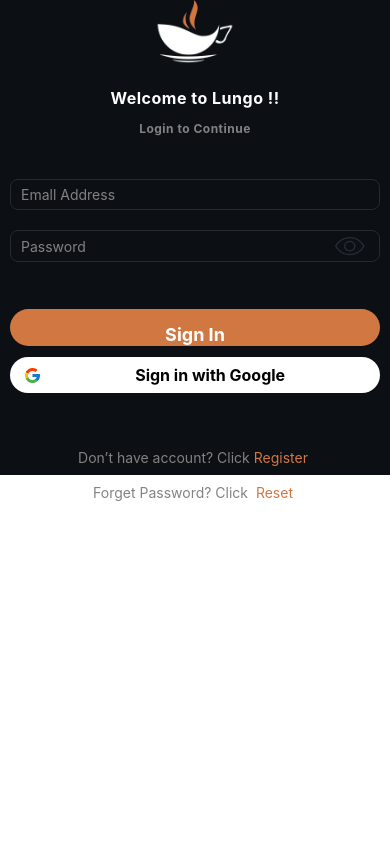
Repository: nguoilaisaochoi/App-coffe
Screen: /
An editor plug-in stored every save of this project. The screen is shown before and after the next save, followed by the edit.
The app was drawn by React Native's web renderer in a window 390 px wide. The project was rebuilt for these pictures with package versions that can differ from the ones it lists, and the page was loaded fresh each time.

Above is the screen before, as saved 2024-01-12 20:59:19.

### App.tsx
import { View, Text } from 'react-native'
import React from 'react'
import Login from './src/Login'
import Register from './src/Register'
const App = () => {
  return (
    <View>
      <Login/>
    </View>
  )
}

export default App

### src/Login.js
import {
  View,
  TextInput,
  TouchableOpacity,
  StyleSheet,
  Image,
  Text,
} from 'react-native';
import React, {useState} from 'react';


const Login = () => {
  const [password, setPassword] = useState('');
  const [showPassword, setShowPassword] = useState(false);

  const toggleShowPassword = () => {
    setShowPassword(!showPassword);
  };
  return (
    <View style={mystyle.body}>
      <View style={mystyle.head}>
        <Image
          source={require('../assets/img/logo.png')}
          style={mystyle.logo}></Image>
        <Text style={mystyle.welcome}>Welcome to Lungo !!</Text>
        <Text style={mystyle.welcome2}>Login to Continue</Text>
        <TextInput
          style={mystyle.input}
          placeholder="Emall Address"
          placeholderTextColor="#828282"
        />
        <View style={mystyle.iconContainer}>
          <TextInput
            placeholderTextColor="#828282"
            secureTextEntry={!showPassword}
            value={password}
            style={mystyle.inputpass}
            placeholder="Password"
            onChangeText={setPassword}></TextInput>
          <TouchableOpacity onPress={toggleShowPassword} style={mystyle.icon}>
            <Image source={require('../assets/img/eyes.png')} />
          </TouchableOpacity>
        </View>
        <TouchableOpacity
          onPress={() => console.log('Sign In')}
          style={mystyle.button1}>
          <Text style={mystyle.buttonText}>Sign In</Text>
        </TouchableOpacity>
        <TouchableOpacity
          onPress={() => console.log('Sign In')}
          style={mystyle.button2}>
          <Image
            source={require('../assets/img/icon_google.png')}
            style={mystyle.icongg}
          />
          <Text style={mystyle.buttonText2}>Sign in with Google</Text>
        </TouchableOpacity>
        <View style={mystyle.donacc}>
          <Text style={{color: '#828282'}}>Don’t have account? Click </Text>
          <Text style={{color: '#D17842'}}>Register </Text>
        </View>
        <View style={mystyle.donacc}>
          <Text style={{color: '#828282'}}>Forget Password? Click </Text>
          <Text style={{color: '#D17842'}}> Reset </Text>
        </View>
      </View>
    </View>
  );
};

export default Login;
const mystyle = StyleSheet.create({
  body: {
    padding: 10,
    width: '100%',
    height: '100%',
    backgroundColor: '#0C0F14',
  },
  head: {
    width: '100%',
    height: '100%',
    display: 'flex',
    flexDirection: 'column',
    alignItems: 'center',
    justifyContent: 'center',
  },
  logo: {
    width: '50%',
    height: '25%',
    resizeMode: 'contain',
  },
  welcome: {
    color: '#FFF',
    fontSize: 16,
    fontWeight: '700',
    letterSpacing: 0.5,
    marginBottom: '2%',
  },
  welcome2: {
    color: '#828282',
    fontSize: 12,
    fontWeight: '700',
    lineHeight: 26,
    letterSpacing: 0.5,
    marginBottom: '10%',
  },
  input: {
    width: '100%',
    borderRadius: 8,
    borderWidth: 1,
    marginBottom: 10,
    borderColor: '#252A32',
    padding: 10,
    height: '7%',
  },
  iconContainer: {
    width: '100%',
    height: '7%',
    margin: 10,
    flexDirection: 'row',
    borderRadius: 8,
    borderWidth: 1,
    borderColor: '#252A32',
  },
  inputpass: {
    padding: 10,
  },
  inputpass: {
    width: '85%',
    padding: 10,
    color: 'white',
  },
  icon: {
    alignItems: 'flex-end',
    justifyContent: 'center',
    marginLeft: '3%',
  },
  button1: {
    width: '100%',
    height: '8%',
    borderRadius: 20,
    backgroundColor: '#D17842',
    padding: 15,
    marginTop: '10%',
    marginBottom: '3%',
    display: 'flex',
    alignItems: 'center',
  },
  buttonText: {
    color: '#FFF',
    textAlign: 'center',
    fontSize: 18,
    fontWeight: 'bold',
  },
  button2: {
    display: 'flex',
    flexDirection: 'row',
    width: '100%',
    height: '8%',
    borderRadius: 20,
    backgroundColor: 'white',
    padding: 15,
    alignItems: 'center',
    justifyContent: 'flex-start',
    marginBottom: '10%',
  },
  buttonText2: {
    color: 'black',
    textAlign: 'center',
    fontSize: 16,
    fontWeight: '700',
    marginLeft: '28%',
  },
  donacc: {
    display: 'flex',
    flexDirection: 'row',
    justifyContent: 'center',
    alignItems: 'center',
    marginTop: '5%',
  },
});

After the next save:
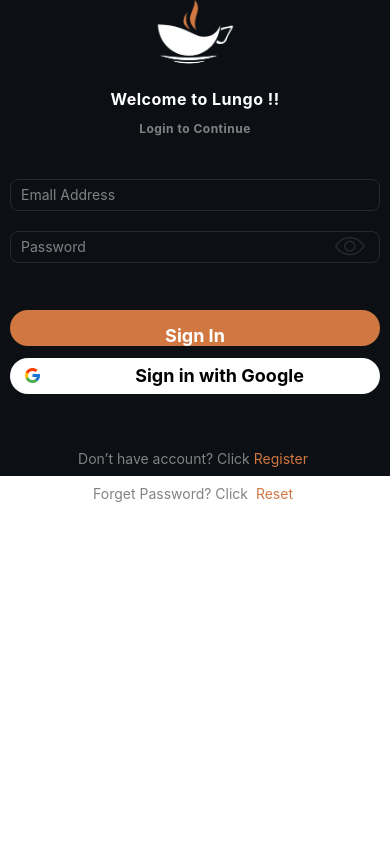
Saved 13 s later.
--- a/src/Login.js
+++ b/src/Login.js
@@ -167,8 +167,8 @@
   buttonText2: {
     color: 'black',
     textAlign: 'center',
-    fontSize: 16,
-    fontWeight: '700',
+    fontSize: 18,
+    fontWeight: 'bold',
     marginLeft: '28%',
   },
   donacc: {
